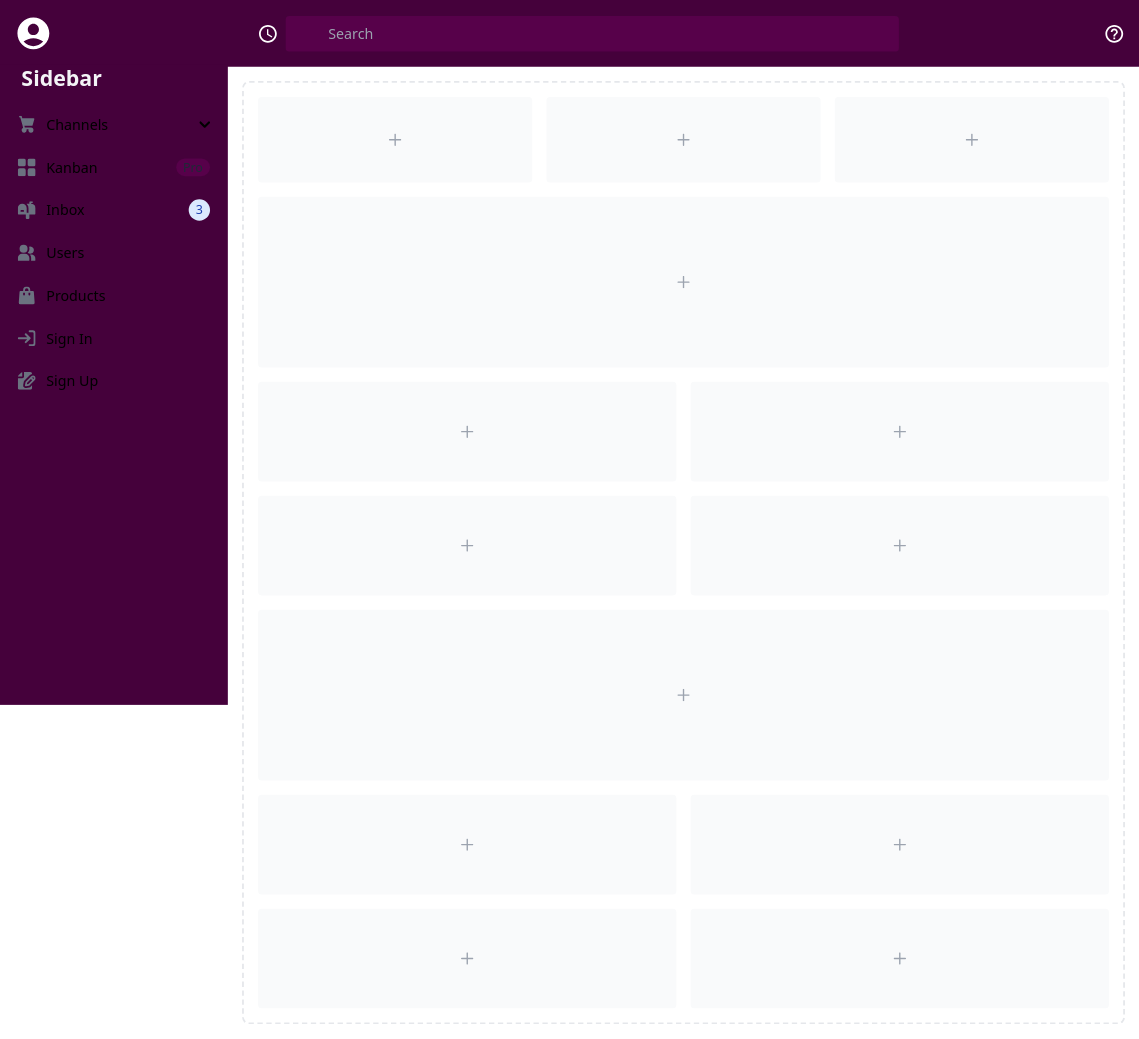
Repository: Shamraiz761/Slack_clone
Page: /
The author's editor kept a copy of each file at every save. The page is drawn from the files as they stood at one save, then again after the next save.
The browser window is 1280 px wide. The pictures show the whole page, at 89% of full size.
The project was rebuilt for these pictures with package versions that can differ from the ones it lists, and the page was loaded fresh each time. Also part of the build but not shown: vite.config.js.

Above is the page before, as saved 2024-01-14 23:47:12.

After the next save:
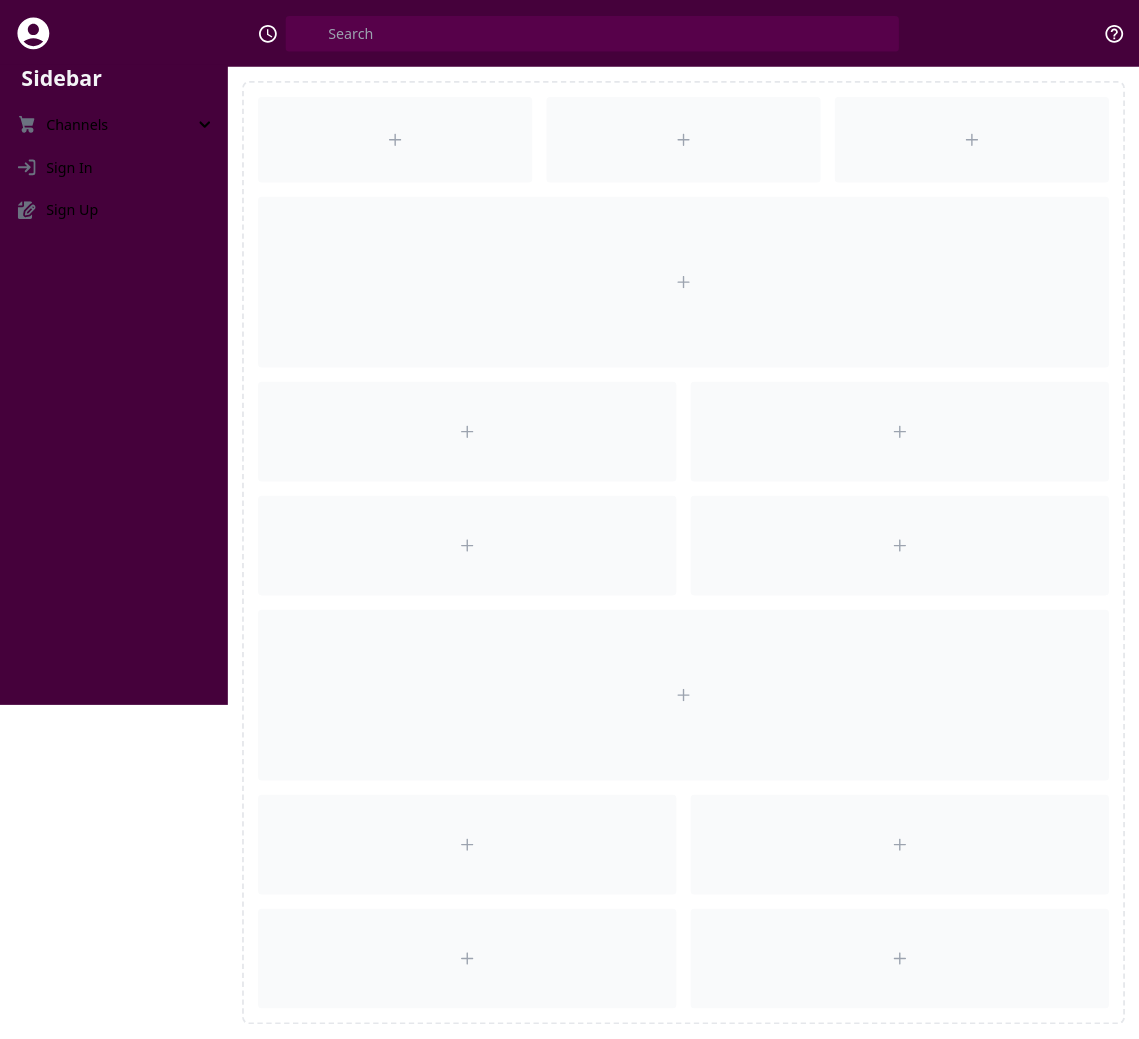
Saved 57 s later.
--- a/src/components/sidebar/Sidebar.jsx
+++ b/src/components/sidebar/Sidebar.jsx
@@ -76,80 +76,7 @@ function Sidebar() {
                 </li>
               </ul>
             </li>
-            <li>
-              <a
-                href="#"
-                className="flex items-center p-2  rounded-lg dark:text-white hover:bg-[#57014a]  group"
-              >
-                <svg
-                  className="flex-shrink-0 w-5 h-5 text-gray-500 transition duration-75 dark:text-gray-400 group-hover: dark:group-hover:text-white"
-                  aria-hidden="true"
-                  xmlns="http://www.w3.org/2000/svg"
-                  fill="currentColor"
-                  viewBox="0 0 18 18"
-                >
-                  <path d="M6.143 0H1.857A1.857 1.857 0 0 0 0 1.857v4.286C0 7.169.831 8 1.857 8h4.286A1.857 1.857 0 0 0 8 6.143V1.857A1.857 1.857 0 0 0 6.143 0Zm10 0h-4.286A1.857 1.857 0 0 0 10 1.857v4.286C10 7.169 10.831 8 11.857 8h4.286A1.857 1.857 0 0 0 18 6.143V1.857A1.857 1.857 0 0 0 16.143 0Zm-10 10H1.857A1.857 1.857 0 0 0 0 11.857v4.286C0 17.169.831 18 1.857 18h4.286A1.857 1.857 0 0 0 8 16.143v-4.286A1.857 1.857 0 0 0 6.143 10Zm10 0h-4.286A1.857 1.857 0 0 0 10 11.857v4.286c0 1.026.831 1.857 1.857 1.857h4.286A1.857 1.857 0 0 0 18 16.143v-4.286A1.857 1.857 0 0 0 16.143 10Z" />
-                </svg>
-                <span className="flex-1 ms-3 whitespace-nowrap">Kanban</span>
-                <span className="inline-flex items-center justify-center px-2 ms-3 text-sm font-medium text-gray-800 bg-[#57014a] rounded-full dark:bg-gray-700 dark:text-gray-300">
-                  Pro
-                </span>
-              </a>
-            </li>
-            <li>
-              <a
-                href="#"
-                className="flex items-center p-2  rounded-lg dark:text-white hover:bg-[#57014a]  group"
-              >
-                <svg
-                  className="flex-shrink-0 w-5 h-5 text-gray-500 transition duration-75 dark:text-gray-400 group-hover: dark:group-hover:text-white"
-                  aria-hidden="true"
-                  xmlns="http://www.w3.org/2000/svg"
-                  fill="currentColor"
-                  viewBox="0 0 20 20"
-                >
-                  <path d="m17.418 3.623-.018-.008a6.713 6.713 0 0 0-2.4-.569V2h1a1 1 0 1 0 0-2h-2a1 1 0 0 0-1 1v2H9.89A6.977 6.977 0 0 1 12 8v5h-2V8A5 5 0 1 0 0 8v6a1 1 0 0 0 1 1h8v4a1 1 0 0 0 1 1h2a1 1 0 0 0 1-1v-4h6a1 1 0 0 0 1-1V8a5 5 0 0 0-2.582-4.377ZM6 12H4a1 1 0 0 1 0-2h2a1 1 0 0 1 0 2Z" />
-                </svg>
-                <span className="flex-1 ms-3 whitespace-nowrap">Inbox</span>
-                <span className="inline-flex items-center justify-center w-3 h-3 p-3 ms-3 text-sm font-medium text-blue-800 bg-blue-100 rounded-full dark:bg-blue-900 dark:text-blue-300">
-                  3
-                </span>
-              </a>
-            </li>
-            <li>
-              <a
-                href="#"
-                className="flex items-center p-2  rounded-lg dark:text-white hover:bg-[#57014a]  group"
-              >
-                <svg
-                  className="flex-shrink-0 w-5 h-5 text-gray-500 transition duration-75 dark:text-gray-400 group-hover: dark:group-hover:text-white"
-                  aria-hidden="true"
-                  xmlns="http://www.w3.org/2000/svg"
-                  fill="currentColor"
-                  viewBox="0 0 20 18"
-                >
-                  <path d="M14 2a3.963 3.963 0 0 0-1.4.267 6.439 6.439 0 0 1-1.331 6.638A4 4 0 1 0 14 2Zm1 9h-1.264A6.957 6.957 0 0 1 15 15v2a2.97 2.97 0 0 1-.184 1H19a1 1 0 0 0 1-1v-1a5.006 5.006 0 0 0-5-5ZM6.5 9a4.5 4.5 0 1 0 0-9 4.5 4.5 0 0 0 0 9ZM8 10H5a5.006 5.006 0 0 0-5 5v2a1 1 0 0 0 1 1h11a1 1 0 0 0 1-1v-2a5.006 5.006 0 0 0-5-5Z" />
-                </svg>
-                <span className="flex-1 ms-3 whitespace-nowrap">Users</span>
-              </a>
-            </li>
-            <li>
-              <a
-                href="#"
-                className="flex items-center p-2  rounded-lg dark:text-white hover:bg-[#57014a]  group"
-              >
-                <svg
-                  className="flex-shrink-0 w-5 h-5 text-gray-500 transition duration-75 dark:text-gray-400 group-hover: dark:group-hover:text-white"
-                  aria-hidden="true"
-                  xmlns="http://www.w3.org/2000/svg"
-                  fill="currentColor"
-                  viewBox="0 0 18 20"
-                >
-                  <path d="M17 5.923A1 1 0 0 0 16 5h-3V4a4 4 0 1 0-8 0v1H2a1 1 0 0 0-1 .923L.086 17.846A2 2 0 0 0 2.08 20h13.84a2 2 0 0 0 1.994-2.153L17 5.923ZM7 9a1 1 0 0 1-2 0V7h2v2Zm0-5a2 2 0 1 1 4 0v1H7V4Zm6 5a1 1 0 1 1-2 0V7h2v2Z" />
-                </svg>
-                <span className="flex-1 ms-3 whitespace-nowrap">Products</span>
-              </a>
-            </li>
+
             <li>
               <a
                 href="#"
